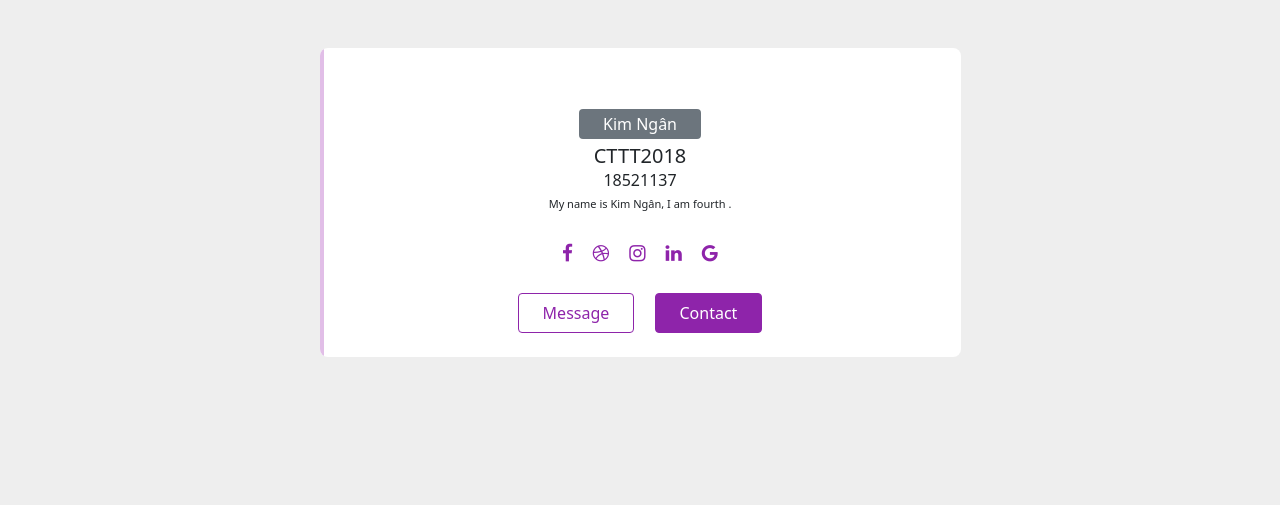
Repository: kim-ngan2612/EX2
Page: views/layout/home/about.html
These files come from the project's save history. The page is drawn as it stood at one moment and after a run of saves; the edit follows.
The browser window is 1280 px wide. The pictures show the whole page.

Above is the page before, as saved 2021-10-17 10:28:37.

After the next 3 saves:
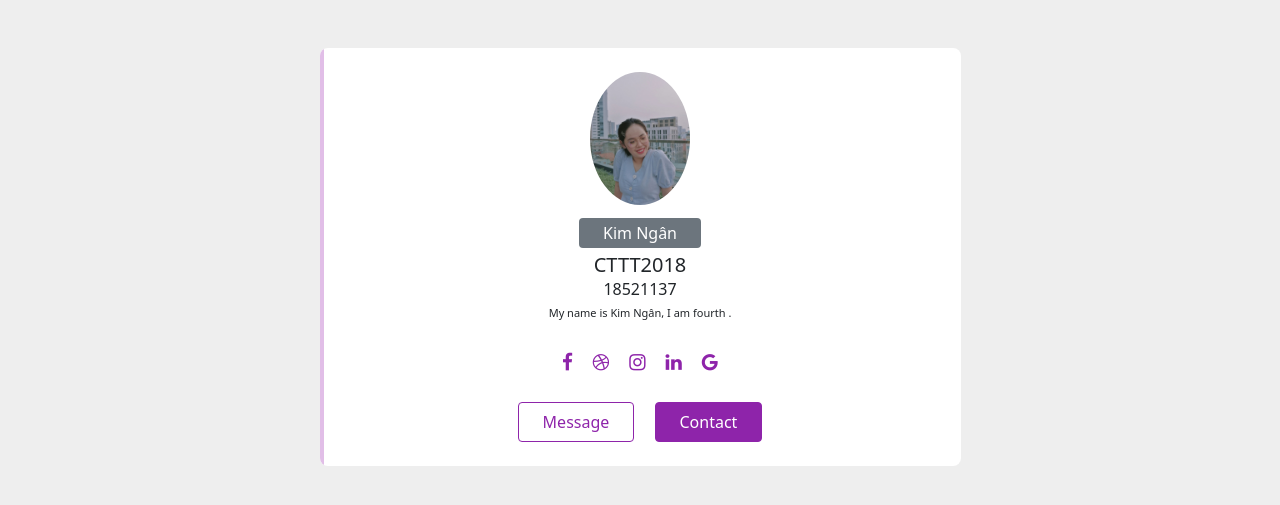
The 3 saves are shown as one change because they came seconds apart.
The last was saved 6 min 32 s later.
--- a/views/layout/home/about.html
+++ b/views/layout/home/about.html
@@ -115,7 +115,7 @@
         <div class="row d-flex justify-content-center">
         <div class="col-md-7">
         <div class="card p-3 py-4">
-        <div class="text-center"> <img src="" width="100" class="rounded-circle"> </div>
+        <div class="text-center"> <img src="/images/7.jpg" width="100" class="rounded-circle"> </div>
         <div class="text-center mt-3"> <span class="bg-secondary p-1 px-4 rounded text-white">Kim Ngân</span>
         <h5 class="mt-2 mb-0">CTTT2018</h5> <span>18521137</span>
         <div class="px-4 mt-1">
